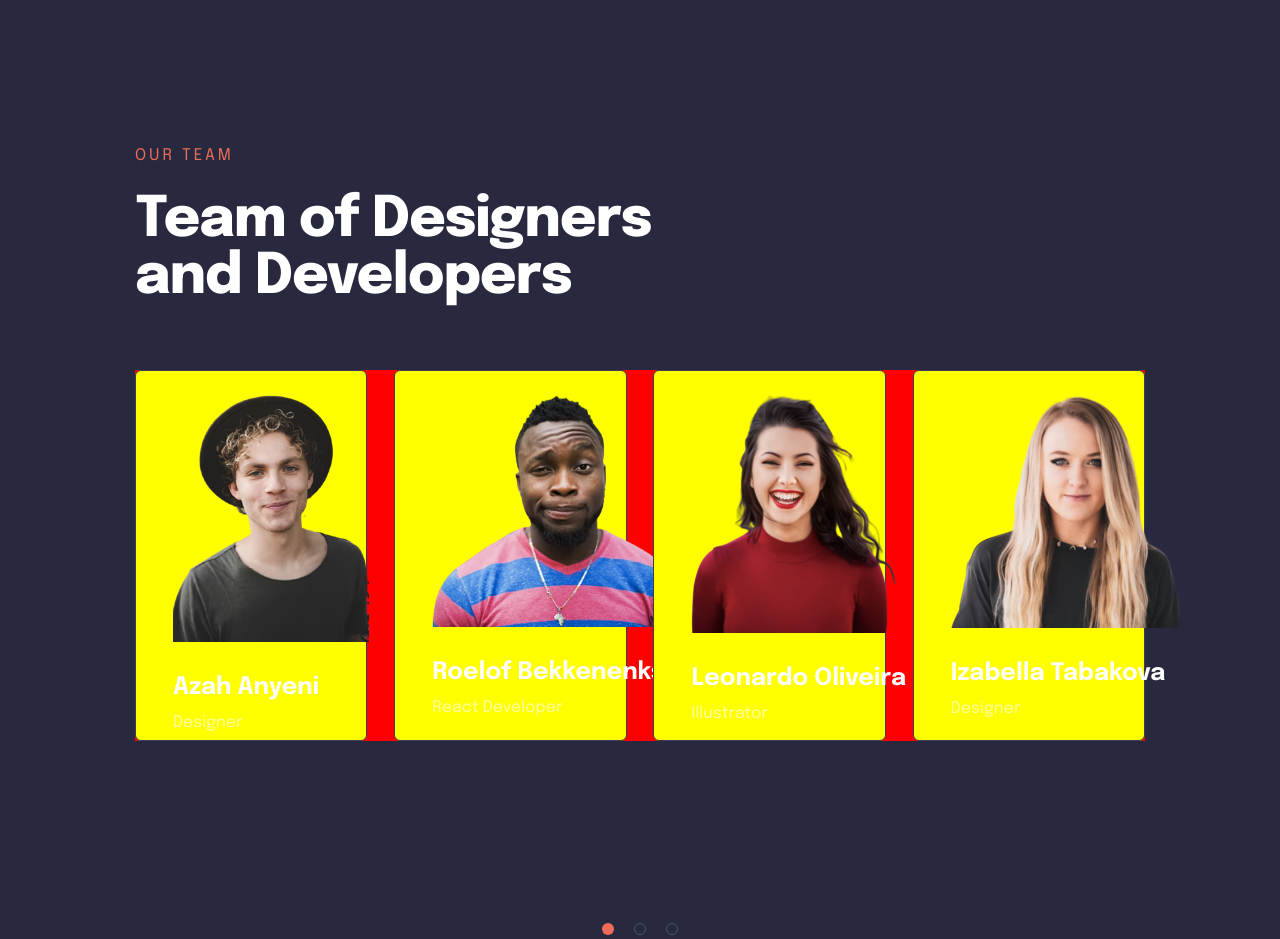
Repository: simralgasimov/ourteam
Page: index.html
These files come from the project's save history. The page is drawn as it stood at one moment and after a run of saves; the edit follows.
The browser window is 1280 px wide. The pictures show the whole page.

Above is the page before, as saved 2023-09-06 13:04:37.

After the next 2 saves:
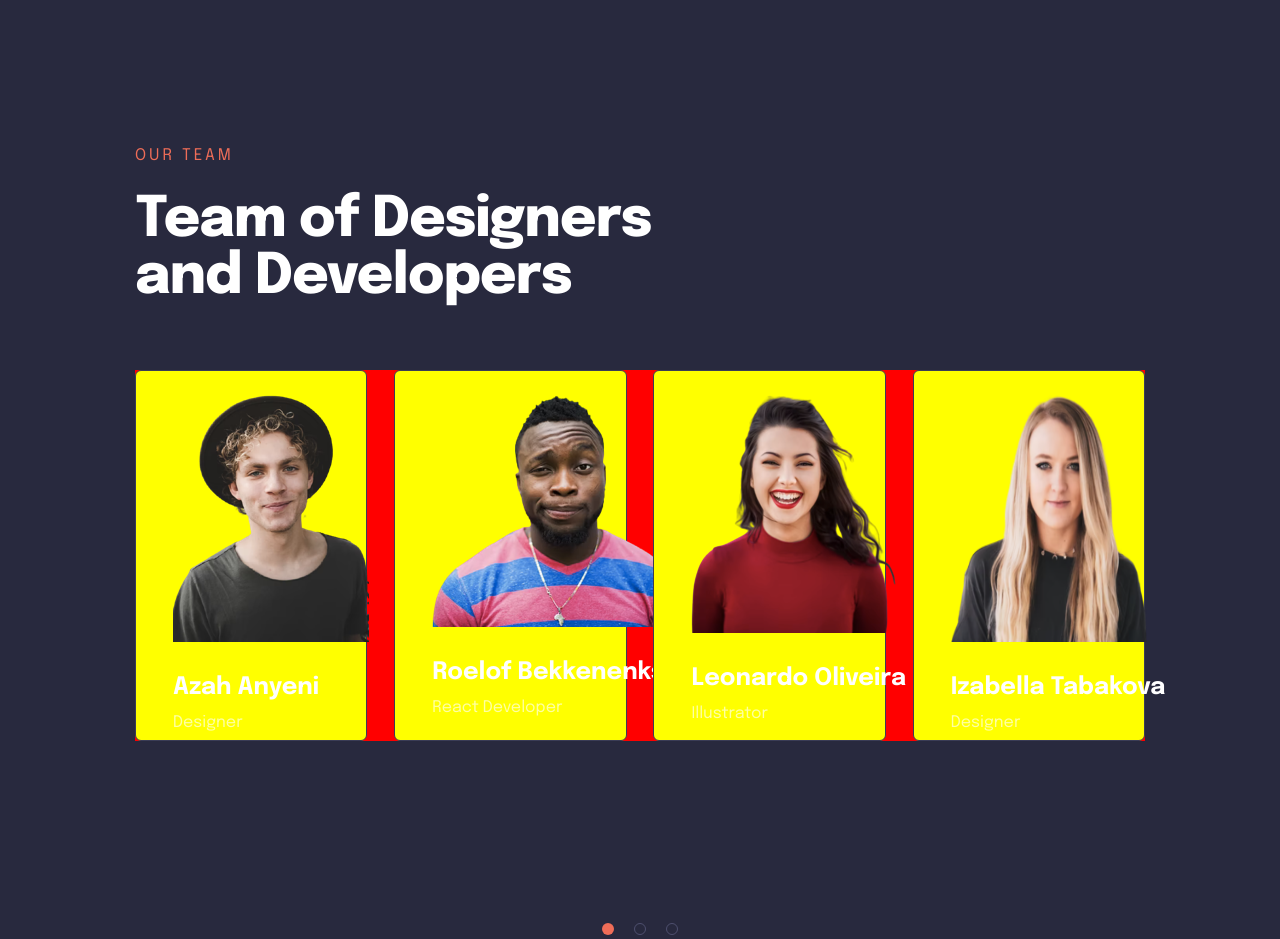
The 2 saves are shown as one change because they came seconds apart.
The last was saved 10 s later.
--- a/index.css
+++ b/index.css
@@ -55,6 +55,18 @@
   height: 247px;
 }
 
+.container-1 .box:first-child img {
+  width: 196px;
+  height: 247px;
+}
+.container-1 .box:first-child img {
+  width: 196px;
+  height: 247px;
+}
+.container-1 .box:last-child img {
+  width: 196px;
+  height: 247px;
+}
 .container-1 .box h3 {
   justify-content: center;
   margin-top: 26px;
